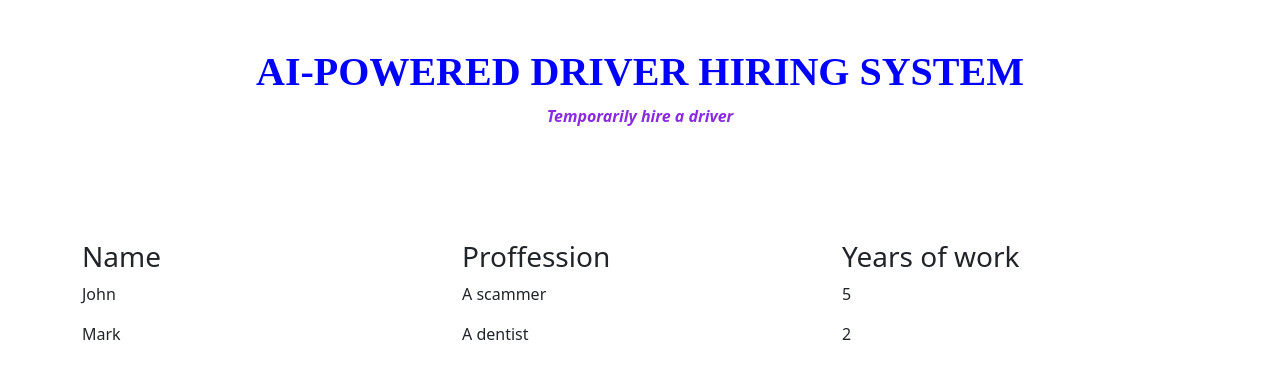
Repository: Wuda2000/AI-powered-Driver-hiring-system
Page: ONE.html
These files come from the project's save history. The page is drawn as it stood at one moment and after a run of saves; the edit follows.
The browser window is 1280 px wide. The pictures show the whole page.

Above is the page before, as saved 2024-12-23 22:34:38.

After the next 2 saves:
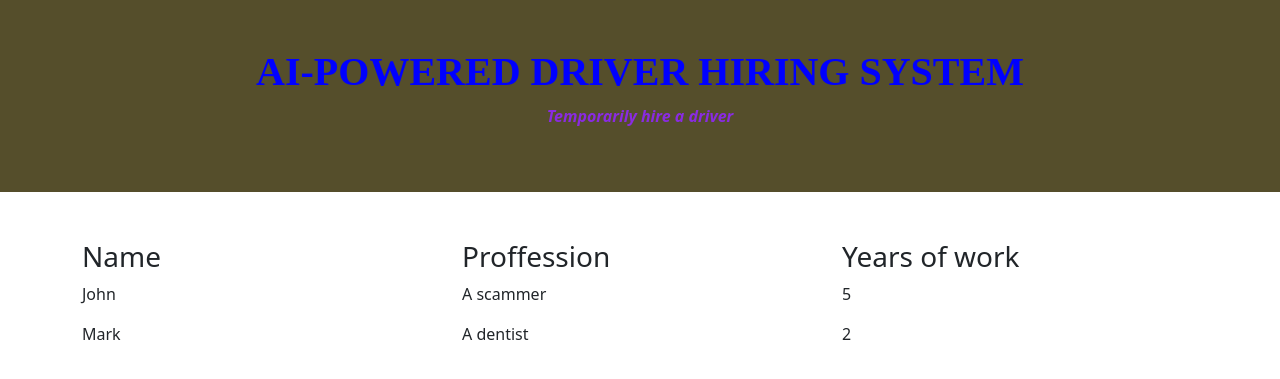
The 2 saves are shown as one change because they came seconds apart.
The last was saved 12 s later.
--- a/ONE.html
+++ b/ONE.html
@@ -10,7 +10,7 @@
 <body>
 
 
-    <div class="container-fluid p-5 text-white text-center" style="background-color:HSL(30);">
+    <div class="container-fluid p-5 text-white text-center" style="background-color:HSL(50 33% 25%);">
         <h1 style="color: blue; font-family:'Times New Roman', Times, serif; " ><b>AI-POWERED DRIVER HIRING SYSTEM</b></h1>
         <p style="color: blueviolet;font-style:italic;"><b>Temporarily hire a driver</b></p>
       </div>
